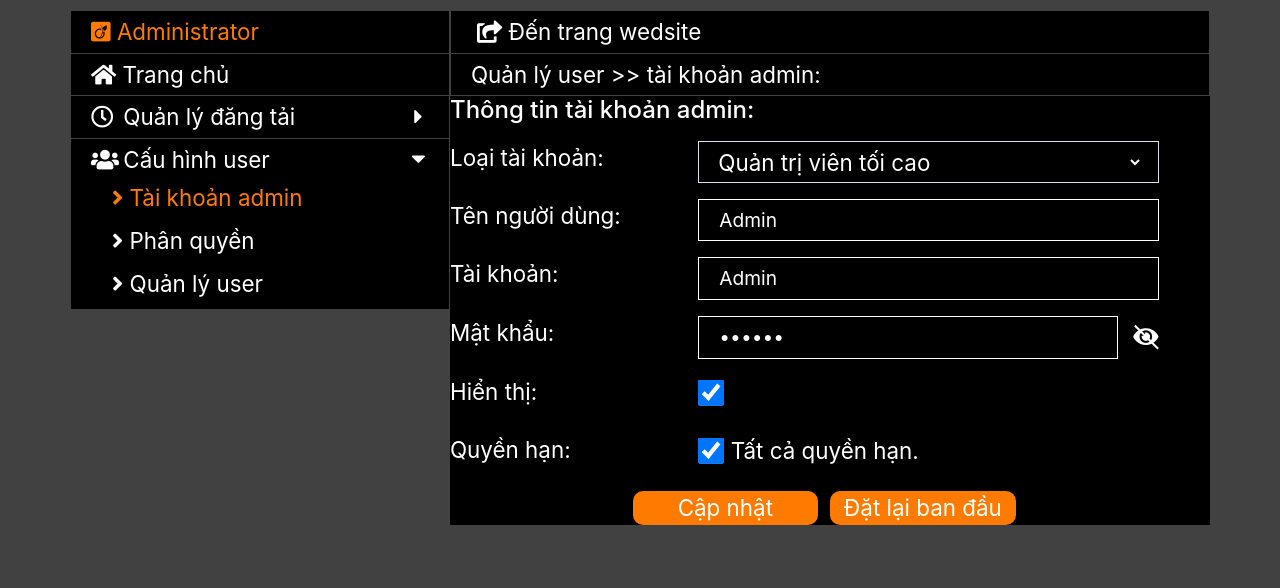
Repository: SonNguyen892002/Lau-Dai-Code
Page: http://localhost/wed-jdbc-1-2023/decorators/admin/tkadmin.jsp
An editor plug-in stored every save of this project. The page is shown before and after the next save, followed by the edit.
The browser window is 1280 px wide. The pictures show the whole page.
The page is served by Tomcat 9. Nobody is signed in. The application's start-up code is not run.

Above is the page before, as saved 2022-01-16 04:49:09.

After the next save:
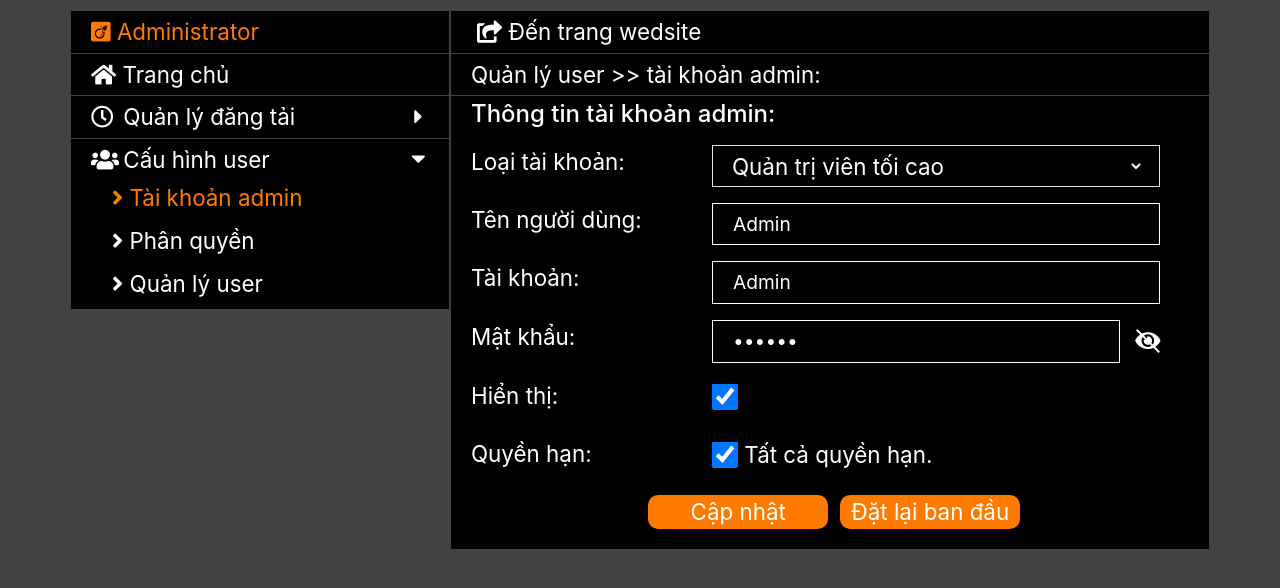
Saved 42 s later.
--- a/workspace/wed-jdbc-1-2023/src/main/webapp/decorators/admin/tkadmin.jsp
+++ b/workspace/wed-jdbc-1-2023/src/main/webapp/decorators/admin/tkadmin.jsp
@@ -2,91 +2,95 @@
 	pageEncoding="UTF-8"%>
 <%@ include file="header.jsp"%>
 
-<form action="">
+<div class="black p2">
 
-	<div class="black p1">
-		<h4>Thông tin tài khoản admin:</h4>
+	<form action="">
 
-		<div class="row mt">
-			<div class="col-xl-4">
-				<label for="admin">Loại tài khoản:</label>
+		<div class="black p1">
+			<h4>Thông tin tài khoản admin:</h4>
+
+			<div class="row mt">
+				<div class="col-xl-4">
+					<label for="admin">Loại tài khoản:</label>
+				</div>
+
+				<div class="col-xl-7 border">
+					<select name="tkadmin" id="admin">
+						<option value="1">Quản trị viên tối cao</option>
+					</select>
+				</div>
 			</div>
 
-			<div class="col-xl-7 border">
-				<select name="tkadmin" id="admin">
-					<option value="1">Quản trị viên tối cao</option>
-				</select>
+			<div class="row mt">
+				<div class="col-xl-4">
+					<label for="user">Tên người dùng:</label>
+				</div>
+
+				<div class="col-xl-7 p0">
+					<input type="text" name="" id="user" value="Admin">
+				</div>
 			</div>
-		</div>
+			<div class="row mt">
+				<div class="col-xl-4">
+					<label for="username">Tài khoản:</label>
+				</div>
 
-		<div class="row mt">
-			<div class="col-xl-4">
-				<label for="user">Tên người dùng:</label>
+				<div class="col-xl-7 p0">
+					<input type="text" name="" id="username" value="Admin">
+				</div>
+			</div>
+			<div class="row mt">
+				<div class="col-xl-4">
+					<label for="fullpass">Mật khẩu:</label>
+				</div>
+
+				<div class="col-xl-7 p0">
+					<div class="row">
+						<div class="col-xl-11">
+							<input type="password" name="" id="fullpass" value="123456">
+						</div>
+						<div class="col-xl-1 p0" id="btnPassword">
+							<i class="fas fa-eye a"></i>
+						</div>
+					</div>
+				</div>
 			</div>
 
-			<div class="col-xl-7 p0">
-				<input type="text" name="" id="user" value="Admin">
-			</div>
-		</div>
-		<div class="row mt">
-			<div class="col-xl-4">
-				<label for="username">Tài khoản:</label>
+			<div class="row mt">
+				<div class="col-xl-4">
+					<label for="ht">Hiển thị:</label>
+				</div>
+
+				<div class="col-xl-7 p0">
+					<input type="checkbox" name="" id="ht" checked>
+				</div>
 			</div>
 
-			<div class="col-xl-7 p0">
-				<input type="text" name="" id="username" value="Admin">
-			</div>
-		</div>
-		<div class="row mt">
-			<div class="col-xl-4">
-				<label for="fullpass">Mật khẩu:</label>
+			<div class="row mt">
+				<div class="col-xl-4">
+					<label for="qh">Quyền hạn:</label>
+				</div>
+
+				<div class="col-xl-7 p0">
+					<input id="qh" type="checkbox" name="" id="ht" checked> <label
+						for="">Tất cả quyền hạn.</label>
+				</div>
 			</div>
 
-			<div class="col-xl-7 p0">
-				<div class="row">
-					<div class="col-xl-11">
-						<input type="password" name="" id="fullpass" value="123456">
-					</div>
-					<div class="col-xl-1 p0" id="btnPassword">
-						<i class="fas fa-eye a"></i>
-					</div>
+			<div class="row center mt mb">
+				<div class="col-xl-3 col-lg-3 col-sm-3 col-3 p0">
+					<input type="button" value="Cập nhật">
+				</div>
+
+				<div class="col-xl-3 col-lg-3 col-sm-3 col-3 p0">
+					<input type="reset" value="Đặt lại ban đầu">
 				</div>
 			</div>
 		</div>
 
-		<div class="row mt">
-			<div class="col-xl-4">
-				<label for="ht">Hiển thị:</label>
-			</div>
+	</form>
 
-			<div class="col-xl-7 p0">
-				<input type="checkbox" name="" id="ht" checked>
-			</div>
-		</div>
-
-		<div class="row mt">
-			<div class="col-xl-4">
-				<label for="qh">Quyền hạn:</label>
-			</div>
-
-			<div class="col-xl-7 p0">
-				<input id="qh" type="checkbox" name="" id="ht" checked> <label
-					for="">Tất cả quyền hạn.</label>
-			</div>
-		</div>
-
-		<div class="row center mt mb">
-			<div class="col-xl-3 col-lg-3 col-sm-3 col-3 p0">
-				<input type="button" value="Cập nhật">
-			</div>
-
-			<div class="col-xl-3 col-lg-3 col-sm-3 col-3 p0">
-				<input type="reset" value="Đặt lại ban đầu">
-			</div>
-		</div>
-	</div>
-
-</form>
+</div>
 
 <script>
 	const btnB = document.querySelector('#menu1 a');
